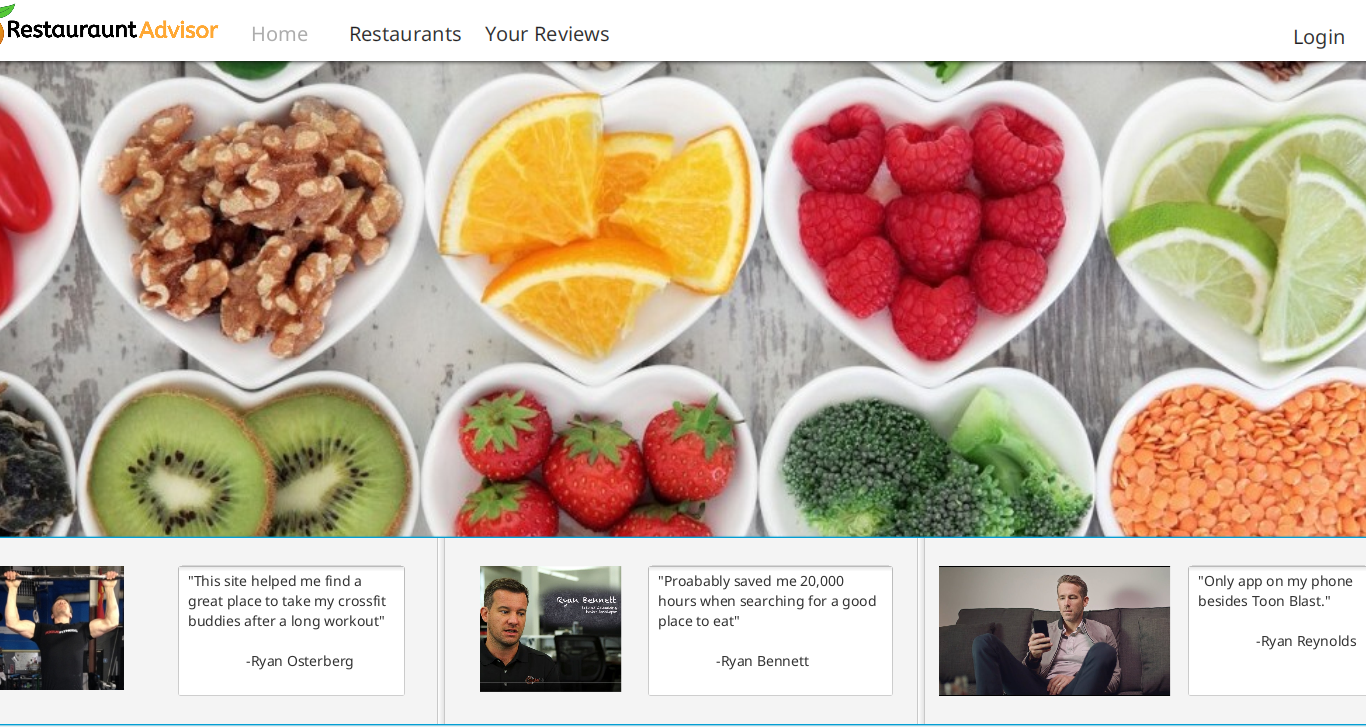
Repository: 19kima/RestaurantAdvisor
Program's window: java DSFinal2.0/src/application/Main.java
The author's editor kept a copy of each file at every save. The program's window is drawn from the files as they stood at one save, then again after the next save.
It runs on Java 21 on a 1366 x 768 screen with JavaFX 11; the title bar is not drawn. Parts beyond the screen are cut off. It also reads DSFinal2.0/src/images/20000hours.JPG, DSFinal2.0/src/images/FitBoi.jpg, DSFinal2.0/src/images/Reynolds.jpg, DSFinal2.0/src/images/logo.png, DSFinal2.0/src/images/mmmmmyberries.jpg.

Above is the program's window before, as saved 2018-11-15 03:00:00.

### DSFinal2.0/src/application/Main.java
package application;

import javafx.application.Application;
import javafx.fxml.FXMLLoader;
import javafx.stage.Stage;
import javafx.scene.Parent;
import javafx.scene.Scene;


public class Main extends Application {
	private static boolean Loggedin;
	@Override
	public void start(Stage primaryStage) throws Exception {
		primaryStage.setTitle("Landing Page");
		FXMLLoader loader = new FXMLLoader(getClass().getResource("/views/HomeView.fxml"));
        Parent root = loader.load();
        Scene scene = new Scene(root);
        primaryStage.setScene(scene);
        primaryStage.show();
	}

	public static void main(String[] args) {
		setLoggedin(false);
		launch(args);
	}

	public static boolean isLoggedin() {
		return Loggedin;
	}

	public static void setLoggedin(boolean loggedin) {
		Loggedin = loggedin;
	}
}

### DSFinal2.0/src/controllers/HomeViewController.java
package controllers;

import java.net.URL;
import java.util.ResourceBundle;

import application.Main;
import javafx.event.ActionEvent;
import javafx.fxml.FXML;
import javafx.fxml.FXMLLoader;
import javafx.scene.Node;
import javafx.scene.Parent;
import javafx.scene.Scene;
import javafx.scene.control.Button;
import javafx.scene.control.TextField;
import javafx.scene.layout.AnchorPane;
import javafx.stage.Stage;

public class HomeViewController {

	@FXML
	private ResourceBundle resources;

	@FXML
	private URL location;

	@FXML
	private Button Login;

	@FXML
	private Button Restaurants;

	@FXML
	private Button Search;

	@FXML
	private TextField SearchText;

	@FXML
	private Button YourReviews;

	@FXML
	void Home(ActionEvent event) {
	}

	@FXML
	void Login(ActionEvent event) throws Exception {
		if (!Main.isLoggedin()) {
			Parent newView = (AnchorPane) FXMLLoader.load(getClass().getResource("/views/LoginView.fxml"));
			Scene newScene = new Scene(newView);
			Stage mainWindow = (Stage) ((Node) event.getSource()).getScene().getWindow();
			mainWindow.setScene(newScene);
		} else {
			Login.setText("Login");
			Main.setLoggedin(false);
		}
	}

	@FXML
	void Restaurants(ActionEvent event) throws Exception {
		Parent newView = (AnchorPane) FXMLLoader.load(getClass().getResource("/views/ResultsView.fxml"));
		Scene newScene = new Scene(newView);
		Stage mainWindow = (Stage) ((Node) event.getSource()).getScene().getWindow();
		mainWindow.setScene(newScene);
	}

	@FXML
	void Search(ActionEvent event) throws Exception {
		Parent newView = (AnchorPane) FXMLLoader.load(getClass().getResource("/views/ResultsView.fxml"));
		Scene newScene = new Scene(newView);
		Stage mainWindow = (Stage) ((Node) event.getSource()).getScene().getWindow();
		mainWindow.setScene(newScene);
	}

	@FXML
	void YourReviews(ActionEvent event) throws Exception {
		Parent newView = (AnchorPane) FXMLLoader.load(getClass().getResource("/views/YourReviewsView.fxml"));
		Scene newScene = new Scene(newView);
		Stage mainWindow = (Stage) ((Node) event.getSource()).getScene().getWindow();
		mainWindow.setScene(newScene);
	}

	@FXML
	void initialize() {
		assert Login != null : "fx:id=\"Login\" was not injected: check your FXML file 'HomeView.fxml'.";
		assert Restaurants != null : "fx:id=\"Restaurants\" was not injected: check your FXML file 'HomeView.fxml'.";
		assert Search != null : "fx:id=\"Search\" was not injected: check your FXML file 'HomeView.fxml'.";
		assert SearchText != null : "fx:id=\"SearchText\" was not injected: check your FXML file 'HomeView.fxml'.";
		assert YourReviews != null : "fx:id=\"YourReviews\" was not injected: check your FXML file 'HomeView.fxml'.";
		System.out.println(Main.isLoggedin());
		if (Main.isLoggedin()) {
			Login.setText("John Doe");
		}
	}

}

### DSFinal2.0/src/views/HomeView.fxml
<?xml version="1.0" encoding="UTF-8"?>

<?import java.lang.*?>
<?import java.net.*?>
<?import javafx.scene.control.*?>
<?import javafx.scene.effect.*?>
<?import javafx.scene.image.*?>
<?import javafx.scene.layout.*?>
<?import javafx.scene.layout.AnchorPane?>

<AnchorPane prefHeight="727.0" prefWidth="1380.0" xmlns:fx="http://javafx.com/fxml/1" xmlns="http://javafx.com/javafx/2.2" fx:controller="controllers.HomeViewController">
  <!-- TODO Add Nodes -->
  <children>
    <AnchorPane prefHeight="363.0" prefWidth="1440.0000061035157" AnchorPane.leftAnchor="0.0" AnchorPane.rightAnchor="0.0" AnchorPane.topAnchor="60.0">
      <children>
        <ImageView fitHeight="562.125" fitWidth="1439.0399744970873" pickOnBounds="true" preserveRatio="true" AnchorPane.leftAnchor="1.0" AnchorPane.rightAnchor="-0.04" AnchorPane.topAnchor="0.0">
          <image>
            <Image url="@../images/mmmmmyberries.jpg" />
          </image>
        </ImageView>
        <TextField fx:id="SearchText" layoutX="239.0" layoutY="333.0" prefHeight="50.0" prefWidth="800.0" promptText="Search By Restaurant Name" style="-fx-border-radius: 25px 0px 0px 25px;&#10;-fx-background-radius: 25px 0px 0px 25px;&#10;-fx-font-size: 20px;" visible="false" />
        <Button fx:id="Search" layoutX="1039.0" layoutY="333.0" mnemonicParsing="false" onAction="#Search" prefHeight="50.0" prefWidth="163.0" style="-fx-border-radius: 0px 25px 25px 0px;&#10;-fx-background-radius: 0px 25px 25px 0px;" text="Search" visible="false" />
        <SplitPane dividerPositions="0.33240613879854414, 0.6662030982615172" focusTraversable="true" prefHeight="188.0" prefWidth="-1.0" AnchorPane.leftAnchor="0.0" AnchorPane.rightAnchor="0.0" AnchorPane.topAnchor="477.0">
          <items>
            <AnchorPane minHeight="0.0" minWidth="0.0" prefHeight="160.0" prefWidth="100.0">
              <children>
                <TextArea layoutX="215.0" layoutY="28.0" prefHeight="130.0" prefWidth="227.0" text="&quot;This site helped me find a great place to take my crossfit buddies after a long workout&quot;&#10;&#10;&#9;&#9;-Ryan Osterberg" wrapText="true" />
                <ImageView fitHeight="124.0" fitWidth="124.0" layoutX="37.0" layoutY="28.0" pickOnBounds="true" preserveRatio="true">
                  <image>
                    <Image url="@../images/FitBoi.jpg" />
                  </image>
                </ImageView>
              </children>
            </AnchorPane>
            <AnchorPane prefHeight="200.0" prefWidth="200.0">
              <children>
                <TextArea layoutX="203.0" layoutY="28.0" prefHeight="130.0" prefWidth="245.0" text="&quot;Proabably saved me 20,000 hours when searching for a good place to eat&quot;&#10;&#10;&#9;&#9;-Ryan Bennett" wrapText="true" />
                <ImageView fitHeight="125.90256718861849" fitWidth="141.22218322753906" layoutX="35.0" layoutY="28.0" pickOnBounds="true" preserveRatio="true">
                  <image>
                    <Image url="@../images/20000hours.JPG" />
                  </image>
                </ImageView>
              </children>
            </AnchorPane>
            <AnchorPane minHeight="0.0" minWidth="0.0" prefHeight="160.0" prefWidth="100.0">
              <children>
                <TextArea layoutX="263.0" layoutY="28.0" prefHeight="130.0" prefWidth="181.0" text="&quot;Only app on my phone besides Toon Blast.&quot;&#10;&#10;&#9;&#9;-Ryan Reynolds" wrapText="true" />
                <ImageView fitHeight="129.9999771118164" fitWidth="231.11107319557505" layoutX="14.0" layoutY="28.0" pickOnBounds="true" preserveRatio="true">
                  <image>
                    <Image url="@../images/Reynolds.jpg" />
                  </image>
                </ImageView>
              </children>
            </AnchorPane>
          </items>
        </SplitPane>
      </children>
      <stylesheets>
        <URL value="@../css/Tangerine.css" />
      </stylesheets>
    </AnchorPane>
    <AnchorPane prefHeight="60.0" prefWidth="200.0" style="-fx-background-color: white;" AnchorPane.leftAnchor="0.0" AnchorPane.rightAnchor="0.0" AnchorPane.topAnchor="0.0">
      <children>
        <ImageView fitHeight="59.82856750488281" fitWidth="261.74997712816696" layoutX="0.0" pickOnBounds="true" preserveRatio="true" AnchorPane.bottomAnchor="1.0">
          <image>
            <Image url="@../images/logo.png" />
          </image>
        </ImageView>
        <Button fx:id="Login" mnemonicParsing="false" onAction="#Login" prefHeight="35.0" prefWidth="124.00000005960464" text="Login" AnchorPane.rightAnchor="20.0" AnchorPane.topAnchor="15.0" />
        <Button fx:id="Restaurants" layoutX="372.0" layoutY="12.0" mnemonicParsing="false" onAction="#Restaurants" prefHeight="35.0" prefWidth="141.22216796875" text="Restaurants" />
        <Button fx:id="YourReviews" layoutX="504.0" layoutY="12.0" mnemonicParsing="false" onAction="#YourReviews" prefHeight="35.0" prefWidth="163.0" text="Your Reviews" />
        <Button disable="true" layoutX="262.0" layoutY="12.0" mnemonicParsing="false" onAction="#Home" prefHeight="35.0" prefWidth="110.0" text="Home" />
      </children>
      <effect>
        <DropShadow height="30.0" radius="7.0" width="0.0" />
      </effect>
      <stylesheets>
        <URL value="@../css/NavBar.css" />
      </stylesheets>
    </AnchorPane>
  </children>
</AnchorPane>

### DSFinal2.0/src/css/Tangerine.css
.text {
	-fx-font-family: Actor;
	-fx-fill: black;
}
.button {
	-fx-background-color: #ffa834;
	-fx-font-size: 20px;
}
.button:hover {
	-fx-background-color: white;
	-fx-border-color: #ffa834;
	-fx-border-width: 2px;
	-fx-border-radius: 5px, 5px, 4px, 3px;
	-fx-border-insets: 0px 0px-1px 0px, 0px, 1px, 2px;
}
.button:hover .text {
	-fx-font-family: Actor;
	-fx-fill: #ffa834;
}
.text-field {
	-fx-border-radius: 200;
}
.text-area {
	-fx-font-family: Actor;
	-fx-font-size: 14px;
	-fx-border-width: 0px;
	-fx-border-color: white;
}

### DSFinal2.0/src/css/NavBar.css
.button {
	-fx-background-color: white;
	-fx-font-size: 20px;
	-fx-font-family: Actor;
}
.button:hover .text {
	-fx-fill: grey;
}

After the next save:
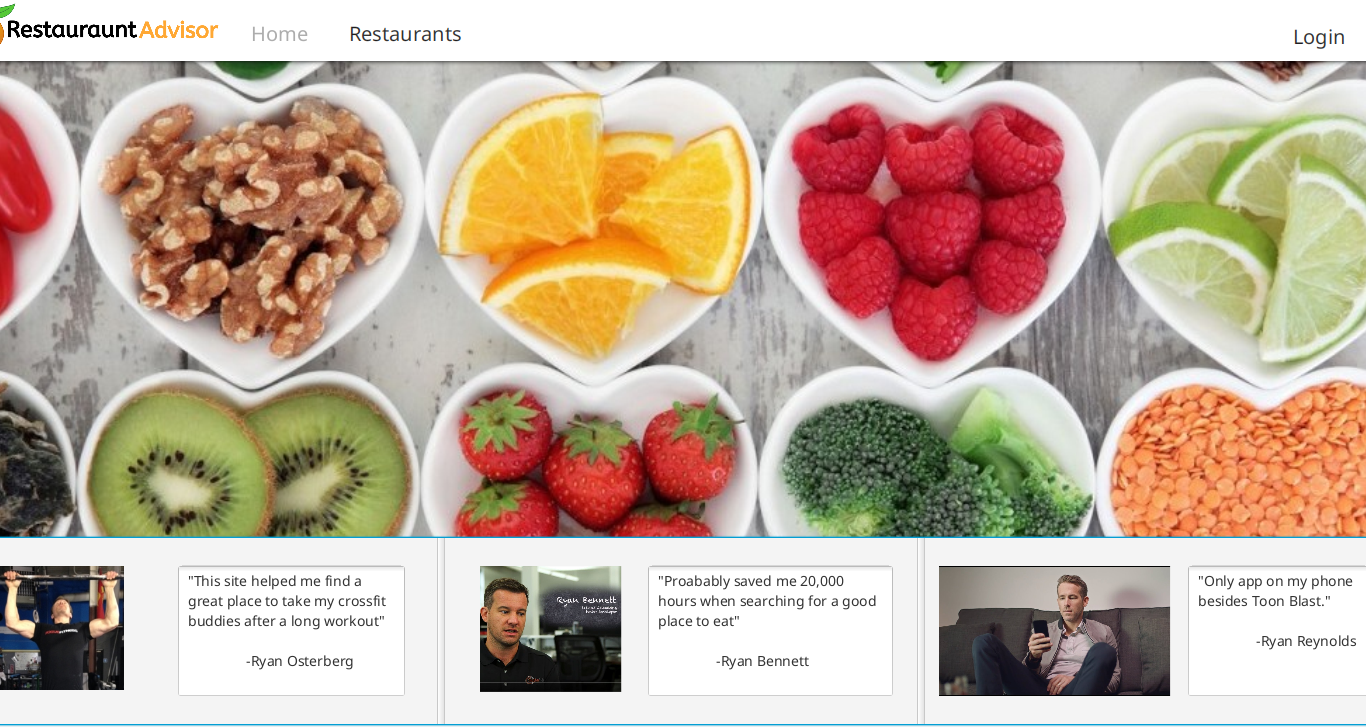
Saved 59 s later.
--- a/DSFinal2.0/src/controllers/HomeViewController.java
+++ b/DSFinal2.0/src/controllers/HomeViewController.java
@@ -89,6 +89,8 @@
 		System.out.println(Main.isLoggedin());
 		if (Main.isLoggedin()) {
 			Login.setText("John Doe");
+		}  else {
+			YourReviews.setText("");
 		}
 	}
 

After the save that followed:
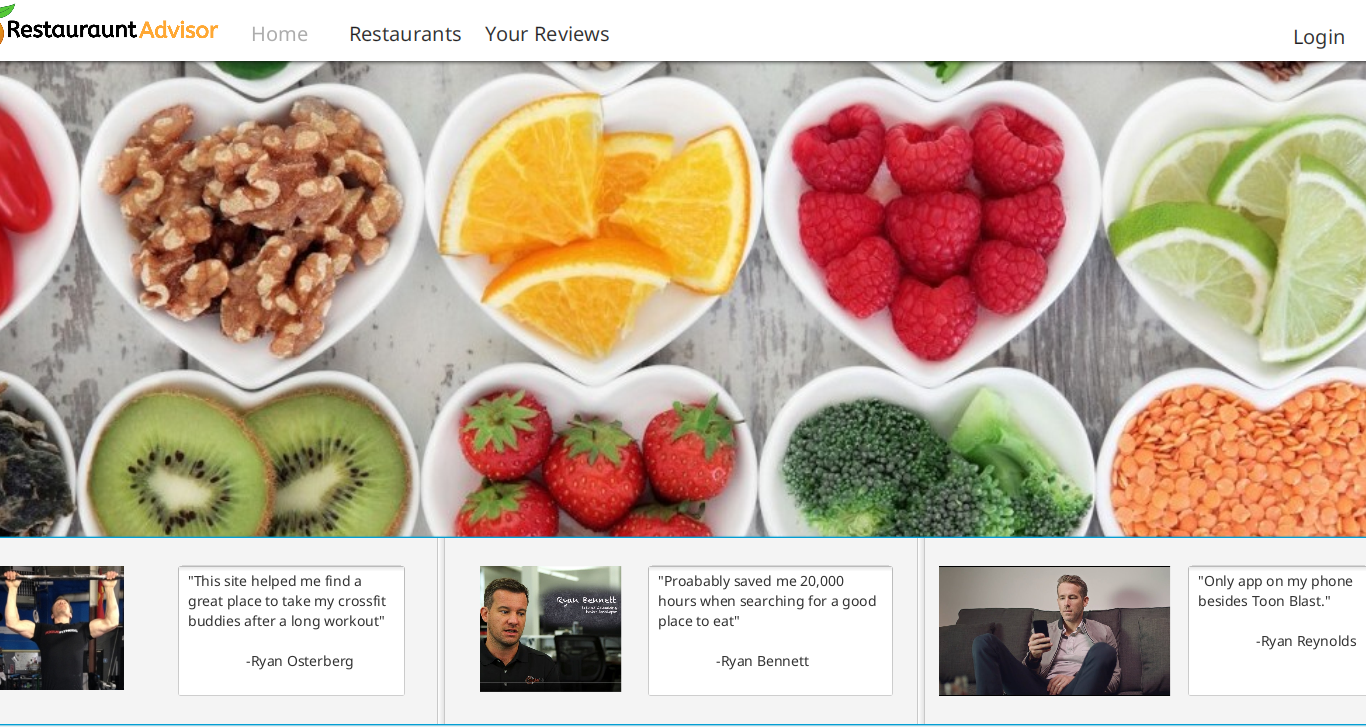
Saved 26 s later.
--- a/DSFinal2.0/src/controllers/HomeViewController.java
+++ b/DSFinal2.0/src/controllers/HomeViewController.java
@@ -89,8 +89,6 @@
 		System.out.println(Main.isLoggedin());
 		if (Main.isLoggedin()) {
 			Login.setText("John Doe");
-		}  else {
-			YourReviews.setText("");
 		}
 	}
 
